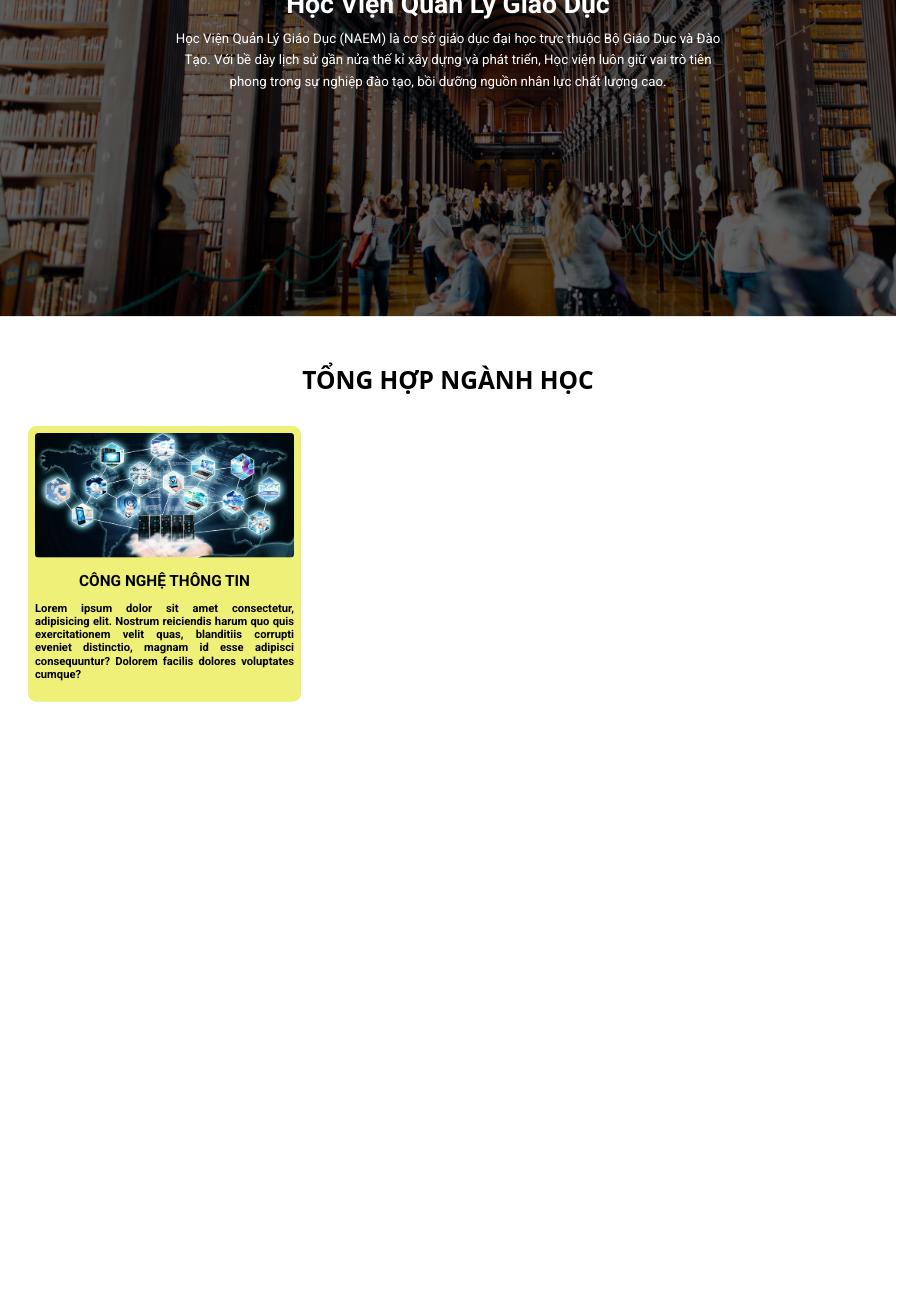
Repository: hongphuck1/trangweb1
Page: index.html
The author's editor kept a copy of each file at every save. The page is drawn from the files as they stood at one save, then again after the next save.
The browser window is 1280 px wide. The page is 1288 px wide, so the pictures cover 1288 px, including what lies to the right of the window. The pictures show the part of the page from y = 1472 to 3352 px (the page is 4941 px tall), at 70% of full size.

Above is the page before, as saved 2021-09-07 02:02:27.

### index.html
<!DOCTYPE html>
<html lang="en">

<head>
  <meta charset="UTF-8" />
  <meta name="viewport" content="width=device-width, initial-scale=1, shrink-to-fit=no" />
  <meta http-equiv="x-ua-compatible" content="ie=edge" />
  <title>Material Design for Bootstrap</title>
  <!-- MDB icon -->
  <link rel="icon" href="img/SSS1.png" type="image/x-icon" />
  <!-- Font Awesome -->
  <link rel="stylesheet" href="https://use.fontawesome.com/releases/v5.15.2/css/all.css" />
  <!-- Google Fonts Roboto -->
  <link rel="stylesheet" href="https://fonts.googleapis.com/css2?family=Roboto:wght@300;400;500;700;900&display=swap" />
  <!-- MDB -->
  <link rel="stylesheet" href="css/style.css" />
  <link rel="stylesheet" href="css/base.css" />
  <link rel="stylesheet" href="css/grid.css" />
  <link rel="stylesheet" href="css/mdb.min.css" />
</head>

<body>
  <!-- Start your project here-->
  <div class="main">
    <!--Main Navigation-->
    <header>


      <!-- Navbar -->
      <nav class="navbar--opacity navbar navbar-expand-lg navbar-light fixed-top mask-custom shadow-0">
        <div class="container">

          <a class="navbar-brand nav-link" target="_blank" href="https://mdbootstrap.com/docs/standard/">
            <strong style="font-size: 2.2rem;">MRC</strong>
          </a>
          <button class="navbar-toggler navbar-toggler--opacity" type="button" data-mdb-toggle="collapse"
            data-mdb-target="#navbarSupportedContent" aria-controls="navbarSupportedContent" aria-expanded="false"
            aria-label="Toggle navigation">
            <i style="color: #ccc" class="fas fa-bars"></i>
          </button>
          <div class="collapse navbar-collapse" id="navbarSupportedContent">
            <ul class="navbar-nav me-auto mb-2 mb-lg-0">
              <li class="nav-item active">
                <a class="nav-link" aria-current="page" href="#intro">Giới thiệu</a>
              </li>
              <li class="nav-item">
                <a class="nav-link" href="https://www.facebook.com/MRC.NAEM" rel="nofollow" target="_blank">Hỏi đáp</a>
              </li>
              <li class="nav-item">
                <a class="nav-link" href="https://www.facebook.com/MRC.NAEM" target="_blank">Bài viết</a>
              </li>
              <li class="nav-item">
                <a class="nav-link" href="https://www.facebook.com/messages/t/101815085369835" target="_blank">Liên
                  hệ</a>
              </li>
            </ul>
            <ul class="navbar-nav list-inline">
              <!-- Icons -->
              <li class="">
                <a class="nav-link" href="https://www.youtube.com/channel/UCjl0s7v8m8V4IzuAS1fH-iA" rel="nofollow"
                  target="_blank">
                  <i class="fab fa-youtube"></i>
                </a>
              </li>
              <li class="">
                <a class="nav-link" href="https://www.facebook.com/MRC.NAEM" rel="nofollow" target="_blank">
                  <i class="fab fa-facebook-f"></i>
                </a>
              </li>
              <li class="nav-item">
                <a class="nav-link" href="https://www.tiktok.com/@mrcnaem" rel="nofollow" target="_blank">
                  <i class="fab fa-tiktok"></i>
                </a>
              </li>
              <li class="nav-item">
                <a class="nav-link" href="tel: 0349167687" rel="nofollow" target="_blank">
                  <i class="fas fa-envelope"></i>
                </a>
              </li>
            </ul>
          </div>
        </div>
      </nav>

      <!-- Carousel wrapper -->
      <div id="introCarousel" class="carousel slide carousel-fade shadow-2-strong" data-mdb-ride="carousel">
        <!-- Indicators -->
        <ol class="carousel-indicators">
          <li data-mdb-target="#introCarousel" data-mdb-slide-to="0" class="active"></li>
          <li data-mdb-target="#introCarousel" data-mdb-slide-to="1"></li>
          <li data-mdb-target="#introCarousel" data-mdb-slide-to="2"></li>
        </ol>

        <!-- Inner -->
        <div class="carousel-inner">
          <!-- Single item -->
          <div class="carousel-item active">
            <div class="mask" style="background-color: rgba(0, 0, 0, 0.6);">
              <div class="d-flex justify-content-center align-items-center h-100">
                <div class="text-white text-center">
                  <h1 style="font-size: 2.4rem;" class="mb-3">CLB TUYỂN SINH VÀ TRUYỀN THÔNG - MRC NAEM</h1>
                  <h5 style="font-size: 1.2rem;" class="mb-4">Hỗ trợ tư vấn - hướng nghiệp, trả lời những thắc mắc cho
                    học sinh và phụ huynh.</h5>

                  <a style="font-size: 1.8rem; " class="btn-DANGKI btn btn-outline-light btn-lg m-2"
                    href="https://www.facebook.com/MRC.NAEM" target="_blank" role="button">Đăng kí ngay</a>
                </div>
              </div>
            </div>
          </div>

          <!-- Single item -->
          <div class="carousel-item">
            <div class="mask" style="background-color: rgba(0, 0, 0, 0.3);">
              <div class="d-flex justify-content-center align-items-center h-100">
                <div class="text-white text-center">
                  <h1 style="font-size: 2.4rem;" class="mb-3">CLB TUYỂN SINH VÀ TRUYỀN THÔNG - MRC NAEM</h1>
                  <h5 style="font-size: 1.2rem;" class="mb-4">Hỗ trợ tư vấn - hướng nghiệp, trả lời những thắc mắc cho
                    học sinh và phụ huynh.</h5>

                  <a style="font-size: 1.8rem; " class="btn-DANGKI btn btn-outline-light btn-lg m-2"
                    href="https://www.facebook.com/MRC.NAEM" target="_blank" role="button">Đăng kí ngay</a>
                </div>
              </div>
            </div>
          </div>

          <!-- Single item -->
          <div class="carousel-item">
            <div class="mask" style="
                background: linear-gradient(
                  45deg,
                  rgba(29, 236, 197, 0.7),
                  rgba(91, 14, 214, 0.7) 100%
                );
              ">
              <div class="d-flex justify-content-center align-items-center h-100">
                <div class="text-white text-center">
                  <h1 style="font-size: 2.4rem;" class="mb-3">CLB TUYỂN SINH VÀ TRUYỀN THÔNG - MRC NAEM</h1>
                  <h5 style="font-size: 1.2rem;" class="mb-4">Hỗ trợ tư vấn - hướng nghiệp, trả lời những thắc mắc cho
                    học sinh và phụ huynh.</h5>

                  <a style="font-size: 1.8rem; " class="btn-DANGKI btn btn-outline-light btn-lg m-2"
                    href="https://www.facebook.com/MRC.NAEM" target="_blank" role="button">Đăng kí ngay</a>
                </div>
              </div>
            </div>
          </div>
        </div>
        <!-- Inner -->

        <!-- Controls -->
        <a class="carousel-control-prev" href="#introCarousel" role="button" data-mdb-slide="prev">
          <span class="carousel-control-prev-icon" aria-hidden="true"></span>
          <span class="sr-only">Previous</span>
        </a>
        <a class="carousel-control-next" href="#introCarousel" role="button" data-mdb-slide="next">
          <span class="carousel-control-next-icon" aria-hidden="true"></span>
          <span class="sr-only">Next</span>
        </a>
      </div>
      <!-- Carousel wrapper -->
    </header>


    <section>
      <div class="container-body">
        <div class="container-body-name">
          <h1>Thông Tin Tuyển Sinh</h1>
        </div>

        <div class="row">
          <div class="col l-6">
            <div class="container-body-content">
              <h2 class="container-body-content__name">Các Phương Án Xét Tuyển</h2>
              <div class="container-body-content-attention">
                <i class="fas fa-check-double"></i>
                <h4>Dựa vào học bạ (Điểm HK1 & HK2 lớp 11 và điểm HK1 lớp 12)</h4>
              </div>
              <div class="container-body-content-attention">
                <i class="fas fa-check-double"></i>
                <h4>Sử dụng kết quả thi THPT 2021</h4>
              </div>
              <div class="container-body-content-attention">
                <i class="fas fa-check-double"></i>

                <h4>Tuyển thẳng</h4>
              </div>
              <div class="container-body-content-attention">
                <i class="far fa-bell"></i>
                <h4>Cơ hội trúng tuyển cao khi có tới 70% chỉ tiêu qua xét tuyển học bạ</h4>
              </div>
              <div class="container-body-content-attention">
                <i class="far fa-plus-square"></i>
                <h4>Đặc biệt sinh viên được phép học thêm một ngành khác tại Học viện (Luật, Ngôn ngữ Anh, Tâm lý giáo
                  dục, Quản trị văn phòng, Giáo dục học, Quản lý giáo dục và Kinh tế giáo dục)</h4>
              </div>
            </div>
          </div>
          <div class="col l-6">
            <div class="container-body-img">
              <img src="img/klipartz.com_-1024x586.png" alt="">
            </div>
          </div>
        </div>


      </div>

      <div class="container-body-review">
        <div class="grid wide">
          <div class="row">
            <div class="col l-12">
              <img src="img/1-1.png" alt="">
              <div class="container-body-review__name">
                Học Viện Quản Lý Giáo Dục
              </div>
              <div class="container-body-review__title">
                Học Viện Quản Lý Giáo Dục (NAEM) là cơ sở giáo dục đại học trực thuộc Bộ Giáo Dục và Đào Tạo. Với bề dày
                lịch sử gần nửa thế kỉ xây dựng và phát triển, Học viện luôn giữ vai trò tiên phong trong sự nghiệp đào
                tạo, bồi dưỡng nguồn nhân lực chất lượng cao.
              </div>
            </div>
          </div>
        </div>
      </div>

      <div class="container-body-subjects">
        <h1>TỔNG HỢP NGÀNH HỌC</h1>

        <div class="grid wide">
          <div class="row">
            <div class="col l-4">
              <div class="container-body-subject">
                <img src="img/congnghethongtin.png" alt="">
                <h2>CÔNG NGHỆ THÔNG TIN</h2>
                <h4>Lorem ipsum dolor sit amet consectetur, adipisicing elit. Nostrum reiciendis harum quo quis
                  exercitationem velit quas, blanditiis corrupti eveniet distinctio, magnam id esse adipisci
                  consequuntur? Dolorem facilis dolores voluptates cumque?</h4>
              </div>
            </div>
            <div class="col l-4"></div>
            <div class="col l-4"></div>
          </div>
        </div>

    </section>

  </div>
  <!--Main Navigation-->
  <!-- End your project here-->

  <!-- MDB -->
  <script type="text/javascript" src="js/mdb.min.js"></script>
  <!-- Custom scripts -->
  <script type="text/javascript"></script>
</body>

</html>

### css/style.css

.main {

    height: 1000px;
}

/* Carousel styling */
#introCarousel,
.carousel-inner,
.carousel-item,
.carousel-item.active {
  height: 100vh;
}

.carousel-item:nth-child(1) {
  background-image: url('https://mdbootstrap.com/img/Photos/Others/images/76.jpg');
  background-repeat: no-repeat;
  background-size: cover;
  background-position: center center;
}

.carousel-item:nth-child(2) {
  background-image: url('https://mdbootstrap.com/img/Photos/Others/images/77.jpg');
  background-repeat: no-repeat;
  background-size: cover;
  background-position: center center;
}

.carousel-item:nth-child(3) {
  background-image: url('https://mdbootstrap.com/img/Photos/Others/images/78.jpg');
  background-repeat: no-repeat;
  background-size: cover;
  background-position: center center;
}

/* Height for devices larger than 576px */
@media (min-width: 992px) {
  #introCarousel {
    margin-top: -58.59px;
  }
}

.navbar .nav-link {
  color: #fff !important;
}



/* trèn đè css boottraps */

.nav-link {
  /* padding: 1.2rem 1rem !important; */
  font-size: 1.6rem;
  padding-right: 20px !important;
}

.nav-link:hover {
  /* padding: 1.2rem 1rem !important; */
  color: yellow !important;
  transition: color 0.5s ;
}


.btn-DANGKI:hover {
  color: yellow !important;
  border: 1px solid yellow !important;
  transition: 0.5s ;
}

.navbar-dark .navbar-toggler, .navbar-light .navbar-toggler {
  display: block;
}

.navbar--opacity {
  background-color: rgba(1,1,1,0.2);
}


@media only screen and (max-width: 600px) {
 .text-center h1 {
    font-size: 2.7rem !important;
    padding: 20px 0;
  }
  .carousel-control-next, .carousel-control-prev{
    display: none !important;
  }
  .text-center h5{
    padding: 0 20px;
    line-height: 1.9rem !important;
    font-size: 1.4rem !important;
  }
}


@import url('https://fonts.googleapis.com/css2?family=Poppins:wght@300;400;600;700&display=swap');
  :root {
    --primary: #08aeea;
    --secondary: #13D2B8;
    --purple: #bd93f9;
    --pink: #ff6bcb;
    --blue: #8be9fd;
    --gray: #333;
    --font: "Poppins", sans-serif;
    --gradient: linear-gradient(40deg, #ff6ec4, #7873f5);
    --shadow: 0 0 15px 0 rgba(0,0,0,0.05);
  }
  *,
  *:before,
  *:after {
    box-sizing: border-box;
  }
  html {
    font-size: 62.5%;
  }

  body {
    font-family: var(--font);
    font-size: 1.4rem;
    overflow-x: hidden;
    font-weight: 300;
  }

  img {
    display: block;
    max-width: 100%;
  }

  a {
    text-decoration: none;
  }

  input,
  button,
  textarea,
  select {
    font-family: var(--font);
    font-size: 1.4rem;
    font-weight: 300;
    outline: none;
    border: 0;
    margin: 0;
    padding: 0;
    border-radius: 0;
    -webkit-appearance: none;
  }

  button {
    cursor: pointer;
  }

          .simple-card {
            background-color: white;
            border-radius: 2rem;
            padding: 1.5rem;
            box-shadow: var(--shadow);
          }
          .simple-card-image {
            position: relative;
            height: 0;
            padding-bottom: 56.25%;
          }
          .simple-card-image > img {
            position: absolute;
            top: 0;
            left: 0;
            width: 100%;
            height: 100%;
            object-fit: cover;
            border-radius: 1rem;
          }
          .simple-card-content {
            padding: 3rem 1rem;
          }
          .simple-card-title {
            font-weight: 500;
            font-size: 2rem;
            line-height: 1.6;
            margin-bottom: 1.5rem;
            color: #2b2b2b;
          }
          .simple-card-desc {
            color: #c7cbdc;
            font-weight: 300;
            line-height: 1.6;
            font-size: 1.4rem;
            margin-bottom: 3rem;
          }
          .simple-card-line {
            width: 30%;
            height: 2px;
            margin-left: auto;
            background-color: var(--primary);
          }

          .container-body{
            padding-top: 40px;
            padding-bottom: 70px;
          }
          .container-body-name{
            text-align: center;
            padding: 40px 0 ;
          }
          .container-body-name h1{
            color: #000000;
            font-family: "Open Sans", Sans-serif;
            font-size: 35px;
            font-weight: 700;
            text-transform: capitalize;
          }

          .container-body-content{
           padding-left: 100px;
          }
          .container-body-content__name{
           font-size: 2.8rem;
           color: #000000;
           padding-bottom: 10px;
          }
          .container-body-content-attention{
          display: flex;
          align-items: center;
          padding: 4px 0;
          }
          .container-body-content-attention i{
            transform: translateY(-15%);
            padding-right: 10px;
            font-size: 1.8rem;
            color: var(--primary);
          }
          .container-body-content-attention h4{
            font-size: 1.8rem;
          }

          .container-body-img{
          padding: 0 50px ;
          }

.container-body-review {
  background-image: url(../img/Thiết\ kế\ không\ tên.png);
  background-repeat: no-repeat;
  background-size: cover;
  height: 100vh;
}

.container-body-review img {
  width: 150px;
  margin: auto;
  padding-top: 90px;
}


.container-body-review__name, .container-body-review__title {
  text-align: center;
  color: white;
padding-top: 20px;
}

.container-body-review__name {
  font-size: 3.8rem;
  padding: 4px 0;
  font-weight: 600;
}

.container-body-review__title {
  font-size: 1.9rem;
  padding: 0 200px;
}



/* TỔNG HỢP NGÀNH HỌC */

.container-body-subjects{
  padding: 70px 0;
}

.container-body-subjects h1 {
  text-align: center;
  padding-bottom: 40px;
  color: rgb(0, 0, 0);
    font-family: "Open Sans", sans-serif;
    font-size: 35px;
    font-weight: 700;
    text-transform: capitalize;
}

.container-body-subject {
  background-color: #eff078;
  text-align: center;
  border-radius: 12px;
  color: #000000;
}

.container-body-subject img {
  width: 100%;
  padding: 10px;
  border-radius: 15px;

}

.container-body-subject h2{
  padding: 10px 0;
  font-weight: 600;
  font-size: 2.2rem;
}

.container-body-subject h4{
  padding:  0 10px 30px;
  line-height: 1.9rem;
  text-align: justify;
  font-weight: 600;
  font-size: 1.6rem;
}

### css/base.css
:root {
    --white-color: #fff;
    --black-color: #000;
    --text-color: rgb(110, 109, 109);
    --primary-color: #6EC1E4;
    --primary-color-sub: #fd3f00;
    --border-color: #dbdbdb;

    --header: 109px;
    --header-top: 36px;
    --navbar-height: 27px;
    --header-with-search-height: calc(var(--header-height) - var(--navbar-height));
    --header-sort-bar-height: 46px;
}


* {
    margin: 0;
    padding: 0;
    box-sizing: border-box;

}
.no-copy__text {
    user-select: none;
}
html {
    font-size: 62.5%;
    line-height: 1.6rem;
    font-family: 'Roboto', sans-serif;

    /* user-select: none;   không cho copy text */
}

body {
    height: 5000px;
}
@media only screen and  (max-width: 1000px) and (min-width: 700px) {
    html {
    }
}

Loaded but not shown: css/mdb.min.css (library); js/mdb.min.js (library); css/grid.css (590 lines, source omitted)

After the next save:
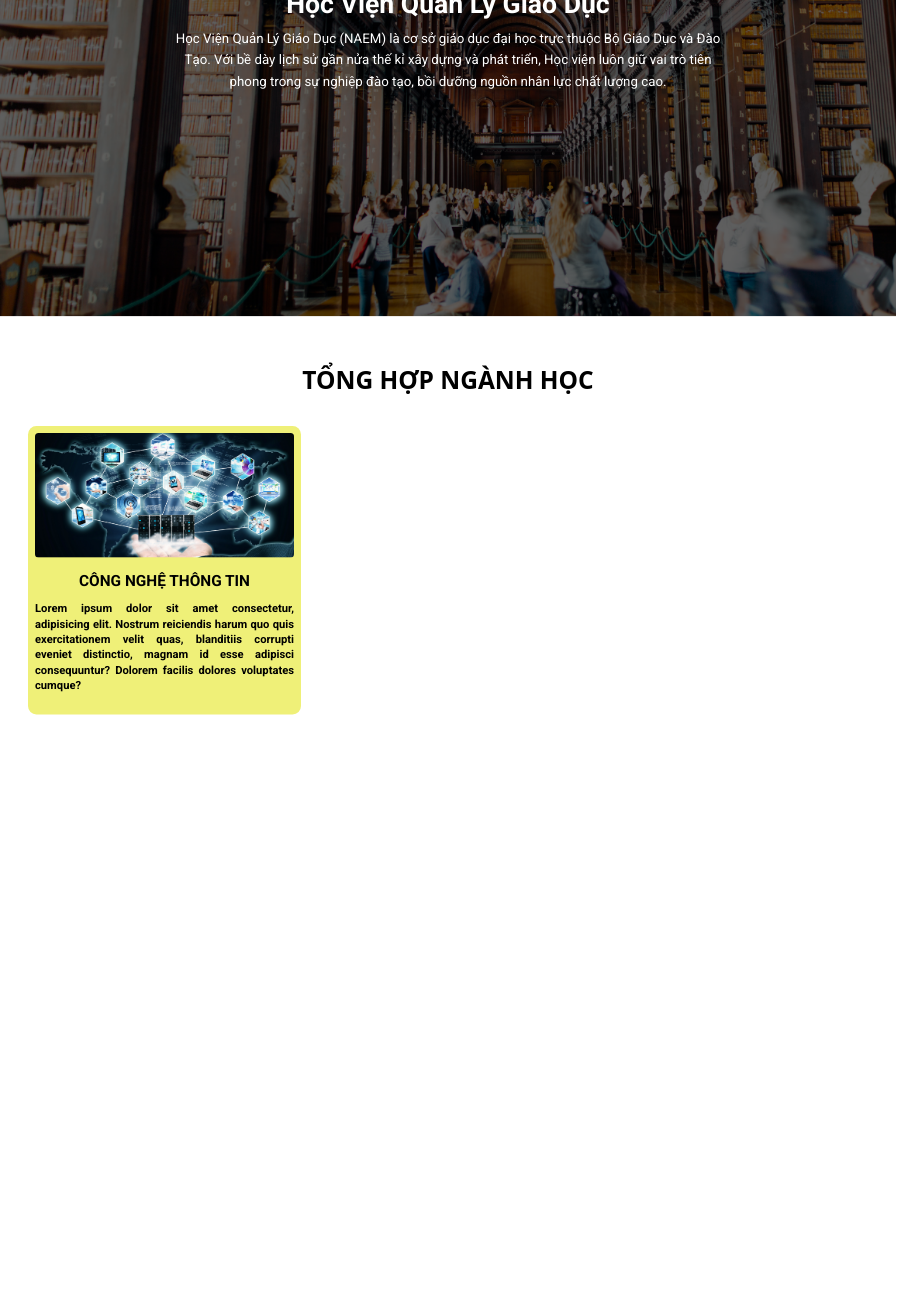
Saved 5 s later.
--- a/css/style.css
+++ b/css/style.css
@@ -306,7 +306,7 @@
 
 .container-body-subject h4{
   padding:  0 10px 30px;
-  line-height: 1.9rem;
+  line-height: 2.2rem;
   text-align: justify;
   font-weight: 600;
   font-size: 1.6rem;
